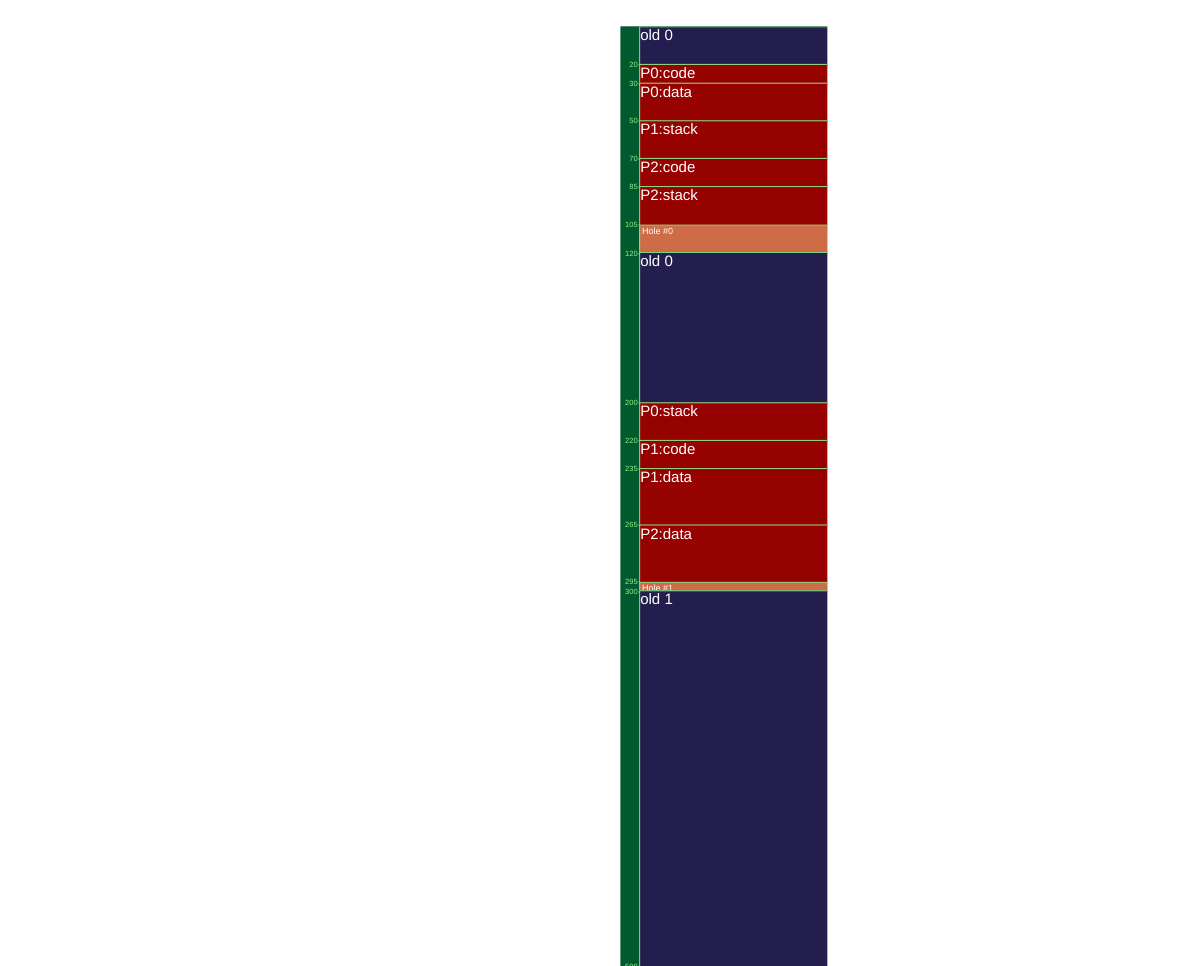
Repository: atout811/memory-allocation-project
Page: /#/final
An editor plug-in stored every save of this project. The page is shown before and after the next save, followed by the edit.
The browser window is 1280 px wide. The pictures show the whole page, at 94% of full size.
The project was rebuilt for these pictures with package versions that can differ from the ones it lists, and the page was loaded fresh each time. Also part of the build but not shown: src/views/MemoryAndHoles.vue, src/views/Process.vue, src/views/Methods.vue.

Above is the page before, as saved 2021-06-10 16:52:16.

### src/App.vue
<template>
  <router-view v-slot="{ Component }">
    <transition name="fade" mode="out-in">
      <component :is="Component" />
    </transition>
  </router-view>
</template>
<script>
import MemHole from "./views/MemoryAndHoles.vue";
export default {
  name: "App",
  components: { MemHole },
};
</script>
<style lang="scss">
#app {
  font-family: Avenir, Helvetica, Arial, sans-serif;
  -webkit-font-smoothing: antialiased;
  -moz-osx-font-smoothing: grayscale;
  text-align: center;
  color: #2c3e50;
  display: flex;
  flex-direction: column;
  align-items: center;
}
a {
  font-weight: bold;
  color: #42b983;

  &.router-link-exact-active {
    color: #42b983;
  }
}
.fade-enter-active,
.fade-leave-active {
  transition: opacity 0.5s ease;
}
.fade-enter-from, .fade-leave-to /* .fade-leave-active below version 2.1.8 */ {
  opacity: 0;
}
</style>

### src/router/index.js
import { createRouter, createWebHashHistory } from "vue-router";
import Process from "../views/Process";
import MemoryAndHoles from "../views/MemoryAndHoles";
import Methods from "../views/Methods";
import Final from "../views/Final";

const routes = [
  {
    path: "/",
    name: "Home",
    component: MemoryAndHoles,
  },
  {
    path: "/process",
    name: "Process",
    component: Process,
  },
  {
    path: "/methods",
    name: "Methods",
    component: Methods,
  },
  {
    path: "/final",
    name: "Final",
    component: Final,
  },
];

const router = createRouter({
  history: createWebHashHistory(),
  routes,
});

export default router;

### src/store/index.js
import { createStore } from "vuex";

export default createStore({
  state: {
    input: {
      memSize: 500,
      Holes: [
        { starting: 20, size: 100 },
        { starting: 200, size: 100 },
      ],
      Processes: [
        {
          name: "P0",
          segments: [
            { name: "code", size: 10 },
            { name: "stack", size: 20 },
            { name: "data", size: 20 },
          ],
        },
        {
          name: "P1",
          segments: [
            { name: "code", size: 15 },
            { name: "stack", size: 20 },
            { name: "data", size: 30 },
          ],
        },
        {
          name: "P2",
          segments: [
            { name: "code", size: 15 },
            { name: "stack", size: 20 },
            { name: "data", size: 30 },
          ],
        },
        {
          name: "P3",
          segments: [
            { name: "code", size: 15 },
            { name: "stack", size: 20 },
            { name: "data", size: 30 },
          ],
        },
      ],
      Method: "worse-fit",
    },
  },
  mutations: {},
  actions: {},
  modules: {},
});

### src/views/Final.vue
<template>
  <div>
    <Memory />
  </div>
</template>

<script>
import Memory from "./Memory";
export default {
  components: { Memory },
};
</script>

<style>
</style>

### src/views/Memory.vue
<template>
  <div class="memory"></div>
</template>

<script>
export default {
  name: "Memory",

  data() {
    return {
      data: this.$store.state.input,
    };
  },
  mounted: function () {
    const memory = document.querySelector(".memory");
    const scale = 2;
    let data = { ...this.data };
    let holes = data.Holes.map((item) => [
      Number(item.starting),
      Number(item.size),
    ]);
    // let holes = [
    //   [140, 100],
    //   [40, 80],
    //   [260, 90],
    // ];

    let totalMemorySize = Number(data.memSize);
    function orderHoles() {
      holes = holes.sort((a, b) => a[0] - b[0]);
    }
    function renderMemory() {
      memory.style.height = `${totalMemorySize * scale}px`;
    }
    renderMemory();
    let obj = {};
    // let test = data.Processes.map((item) => [
    //   null,
    //   item.segments.forEach((el) => {
    //     return Object.assign({ [el.name]: [Number(el.size)] });
    //   }),
    //   item.name,
    // ]);
    let test = [];
    for (let index = 0; index < data.Processes.length; index++) {
      let item = data.Processes[index].segments;
      let temp = {};
      for (let j = 0; j < item.length; j++) {
        temp[item[j].name] = [Number(item[j].size)];
      }
      test[index] = [null, temp, data.Processes[index].name];
    }
    let processes = [...test];
    // processes = [
    //   [null, { code: [10], data: [30], stack: [16] }, "p1"],
    //   [null, { code: [15], data: [30], stack: [25] }, "p3"],
    //   [null, { code: [10], data: [40], stack: [18] }, "p2"],
    //   [null, { code: [12], data: [10], stack: [12] }, "p4"],
    // ]; //start,size,name
    console.log("prooooooooooocess: ", processes);
    let OldProcess = [];

    function generateOldProcess() {
      const firstHoleStart = holes[0][0];

      if (firstHoleStart > 0) OldProcess.push([0, firstHoleStart, `old ${0}`]);

      for (let h = 0; h < holes.length; h++) {
        const holeStart = holes[h][0];
        const HoleSize = holes[h][1];
        const HoleEnd = holeStart + HoleSize;

        if (h === holes.length - 1) {
          const lastHole = totalMemorySize - HoleEnd;
          if (HoleEnd < totalMemorySize)
            OldProcess.push([HoleEnd, lastHole, `old ${h}`]);
        } else {
          const nextStart = holes[h + 1][0];
          OldProcess.push([HoleEnd, nextStart - HoleEnd, `old ${h}`]);
        }
      }
    }
    // alert(holes[0][0])
    function renderHoles(type, holes) {
      // holes ==>
      for (let hole = 0; hole < holes.length; hole += 1) {
        const startingIndex = holes[hole][0];
        const size = holes[hole][1];

        // alert(hole)
        const holeBox = document.createElement("div");
        if (type === "old") {
          holeBox.innerText = holes[hole][2];
          holeBox.classList.add("oldProcess");
        } else if (type === "hole") {
          holeBox.innerText = "Hole #" + hole;
          holeBox.classList.add("hole");
        } else if (type === "process") {
          holeBox.innerText = holes[hole][2];
          holeBox.classList.add("process");
        }

        holeBox.style.top = `${startingIndex * scale}px`;
        holeBox.style.height = `${size * scale}px`;
        const endSize = document.createElement("span");
        const endSizeContainer = document.createElement("div");
        endSizeContainer.classList.add("endSizeContainer");
        endSizeContainer.appendChild(endSize);
        endSize.innerText = startingIndex + size;

        endSize.classList.add("holeEndIndex");
        if (startingIndex !== null) {
          holeBox.appendChild(endSizeContainer);
          memory.appendChild(holeBox);
        } else {
          // ERROR THE PROCESS CAN'T BE ALLOCATED
        }
      }
    }

    const totalProcessSize = (process) =>
      Object.values(process).reduce((prev, acc) => prev + acc);

    let method = data.Method;
    function allocate() {
      for (let p = 0; p < processes.length; p++) {
        // DON'T TOUCH MY SHIT 😡😡😡
        // firstFit(processes[p])
        if (method == "first-fit") {
          console.log("First");
          firstFit(processes[p]);
        } else if (method == "best-fit") {
          console.log("Best");
          bestFit(processes[p], true);
        } else if (method == "worse-fit") {
          console.log("Worse");
          bestFit(processes[p], false);
        }
      }
      console.log("PROCCESES", processes);
    }

    function getSmallestHole(tempHoles, segmentSize, isBest) {
      let smallestHole = isBest ? [0, 1000000] : [0, 0];

      tempHoles.forEach((hole, index) => {
        const [holeStart, holeSize] = hole;
        if (isBest) {
          if (holeSize > segmentSize && smallestHole[1] > holeSize) {
            smallestHole = hole;
            smallestHole[2] = index;
          } else if (
            smallestHole[2] === undefined &&
            index === tempHoles.length - 1
          ) {
            // couldn't find hole
            smallestHole[2] = -1;
          }
        } else {
          // worse fit (let largest hole)
          if (holeSize > segmentSize && smallestHole[1] < holeSize) {
            smallestHole = hole;
            smallestHole[2] = index;
          } else if (
            smallestHole[2] === undefined &&
            index === tempHoles.length - 1
          ) {
            // couldn't find hole
            smallestHole[2] = -1;
          }
        }
      });
      return smallestHole;
    }

    function bestFit(p, isBest) {
      // Allocate in the smallest hole
      const segments = p[1];
      let isAllProcessAllocated = true;
      let tempHoles = JSON.parse(JSON.stringify(holes));
      Object.entries(segments).forEach(
        // for each segment
        ([name, value]) => {
          const segmentSize = value[0];
          let smallest = getSmallestHole(tempHoles, segmentSize, isBest);
          const [holeStart, holeEnd, holeIndex] = smallest;
          if (holeIndex == -1) {
            console.log("PROCESS CAN NOt BE ALLOCATED", p);
            isAllProcessAllocated = false;
            p[0] = true;
          }

          value[1] = smallest[0];
          const segEnd = segmentSize + holeStart;

          if (holeIndex !== -1) {
            tempHoles[holeIndex][0] = segEnd;
            const oldHoleSize = tempHoles[holeIndex][1];
            tempHoles[holeIndex][1] = oldHoleSize - segmentSize;
          } else {
            console.log("BUBUBUB", holeIndex);
          }

          //    console.log("value",value)
          //    console.log("smallestHole",smallest)
          console.log("_________________");
        }
      );
      if (isAllProcessAllocated) holes = tempHoles;
    }

    function firstFit(p) {
      // forEach segment loop over the holes
      // create a temp allocation array
      // that array
      // const size =totalProcessSize
      const segments = p[1];
      let isAllProcessAllocated = true;
      let tempHoles = JSON.parse(JSON.stringify(holes));

      Object.entries(segments).forEach(([name, value]) => {
        tempHoles.every((hole, index) => {
          const [holeStart, holeSize] = hole;
          let [size, segmentStartingIndex] = value;
          if (size <= holeSize) {
            value[1] = tempHoles[index][0];
            const segEnd = size + holeStart;
            tempHoles[index][0] = segEnd;
            tempHoles[index][1] = tempHoles[index][1] - size;
            return false;
          } else {
            if (index === tempHoles.length - 1) {
              //😞 مش لاقي مكان
              isAllProcessAllocated = false;
              console.log("CATCH", p);
              p[0] = true;
            }
            return true;
          }
        });
      });
      if (isAllProcessAllocated) {
        holes = tempHoles;
      }
    }

    function renderProcess() {
      processes.forEach((p) => {
        // loop over segments:
        if (!p[0]) {
          Object.keys(p[1]).forEach((s) => {
            // console.log("SEGMEMT",[p[1][s][1],[p[1][s]][0]])
            renderHoles("process", [[p[1][s][1], p[1][s][0], `${p[2]}:${s}`]]);
          });
        }
        // }else{
        // PROCESS CAN NOT BE ALLOCATED (NO ENGOUGH SPACE!)
        // }
      });
    }

    function concateHoles() {
      holes.forEach((h, index) => {
        const [start, size] = h;
        if (index < holes.length - 1) {
          const end = start + size;
          const [nextStart, nextSize] = holes[index + 1];
          if (end >= nextStart) {
            holes[index][1] = nextStart + nextSize - start;
            holes = [...holes.slice(0, index + 1), ...holes.slice(index + 2)];
            concateHoles();
          }
        }
      });
    }

    function deleteProcess(processName, isOld) {
      // create a hole
      let start, ProcessSize, AfterDelete, segments;
      if (isOld) {
        // deleteProcess()
        const processIndex = OldProcess.findIndex((p) => p[2] === processName);
        AfterDelete = [
          ...OldProcess.slice(0, processIndex),
          ...OldProcess.slice(processIndex + 1),
        ];
        // [start,segments,name] =processes[processIndex]
        start = OldProcess[processIndex][0];
        ProcessSize = OldProcess[processIndex][1];

        OldProcess = AfterDelete;
        holes.push([start, ProcessSize]);
      } else {
        const processIndex = processes.findIndex((p) => p[2] === processName);
        console.log("INDDDEX", processIndex);
        AfterDelete = [
          ...processes.slice(0, processIndex),
          ...processes.slice(processIndex + 1),
        ];
        //  recover Holes
        const [starter, segments] = processes[processIndex];
        Object.values(segments).forEach(([size, starting]) => {
          console.log(size, starting);
          holes.push([starting, size]);
        });
        processes = AfterDelete;
      }

      orderHoles();
      concateHoles();
      // [null,{code:10,data:30,stack:16},"p1"]
      render();
    }
    orderHoles();
    concateHoles();
    generateOldProcess();
    // deleteProcess("old 0",true)
    // deleteProcess("old 2",true)
    allocate();

    function clear() {
      while (memory.firstChild) {
        memory.removeChild(memory.lastChild);
      }
    }

    function render() {
      clear();
      renderHoles("hole", holes);
      renderHoles("old", OldProcess);
      renderProcess();
    }
    render();
    // deleteProcess("p2",false)
    // deleteProcess("p1",false)
    // deleteProcess("p4",false)
  },
};
</script>

<style scoped >
.memory >>> body {
  display: flex;
  flex-direction: column;
  justify-content: right;
  height: 100vh;

  margin: 0;
  font-family: "Courier New", Courier, monospace;
}

.memory >>> h1 {
  color: blueviolet;
}
.memory {
  background-color: #005a2d;
  /* padding: 20px; */
  /* border-radius: 5px; */
  display: flex;
  flex-direction: column;
  width: 200px;
  align-self: flex-end;
  height: 1150px;
  /* top: 5%; */
  position: absolute;
  padding-left: 20px;
  overflow: hidden;
  margin: 20px;
}
.memory >>> .hole {
  background-color: #ce6c47;
  /* border: 0.7px solid #0f0; */
  border: 1px solid lightgreen;
  margin-top: 1px;
  /* height: 100px; */
  display: flex;
  /* align-self: center; */
  width: 100%;
  color: white;

  /* align-items: center; */
  /* justify-content: center; */
  position: absolute;
}
.memory >>> .oldProcess {
  background-color: #241e4e;
  /* border: 0.7px solid darkred; */
  color: white;
  display: flex;
  border: 1px solid lightgreen;
  width: 100%;
  position: absolute;
}
.memory >>> .process {
  background-color: #960200;
  /* border-bottom: 0.7px solid #eae7af; */
  /* border-top: 0.7px solid lightgreen; */
  display: flex;
  width: 100%;
  position: absolute;
  color: white;
  border: 1px solid lightgreen;
}

.memory >>> .hole,
.oldProcess,
.process {
  font-size: 0.6rem;
  text-transform: capitalize;
  padding-left: 2px;
  color: #fff;
  border-top: 0.2px solid lightgreen;
}

.memory >>> .endSizeContainer {
  /* background-color: red !important; */
  width: 20px;
  z-index: 1000;
  color: lightgreen !important;
  color: #ccc;
  font-size: 0.5rem;

  position: absolute;
  top: calc(100% - 5.4px);
  text-align: right;
  display: block;
  left: -20px;
}
.memory >>> .holeEndIndex::after {
  content: "-";
}
</style>

Loaded but not shown: public/index.html (common file); src/main.js (common file)

After the next save:
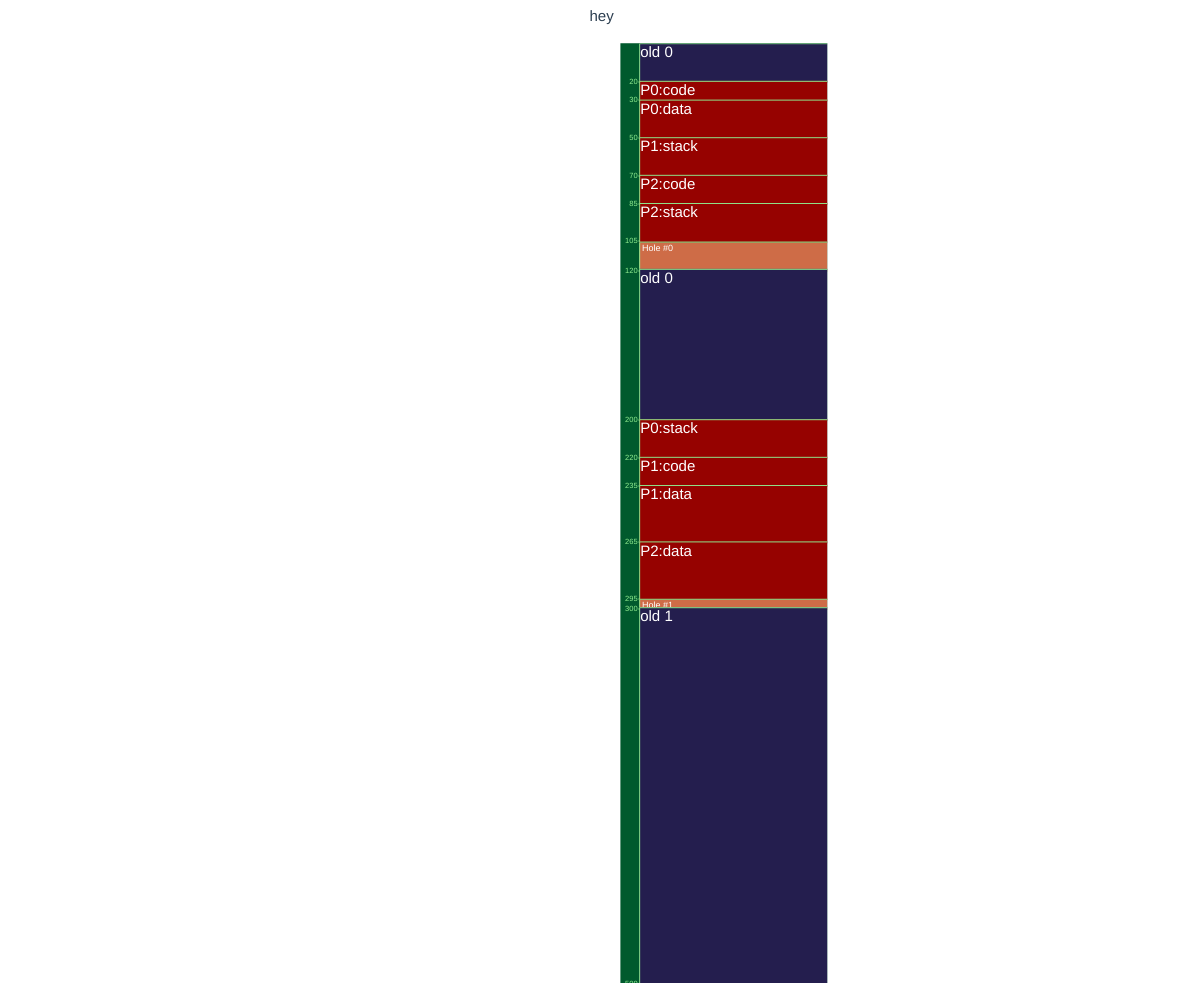
Saved 8 s later.
--- a/src/views/Final.vue
+++ b/src/views/Final.vue
@@ -1,4 +1,5 @@
 <template>
+  <div>hey</div>
   <div>
     <Memory />
   </div>

After the save that followed:
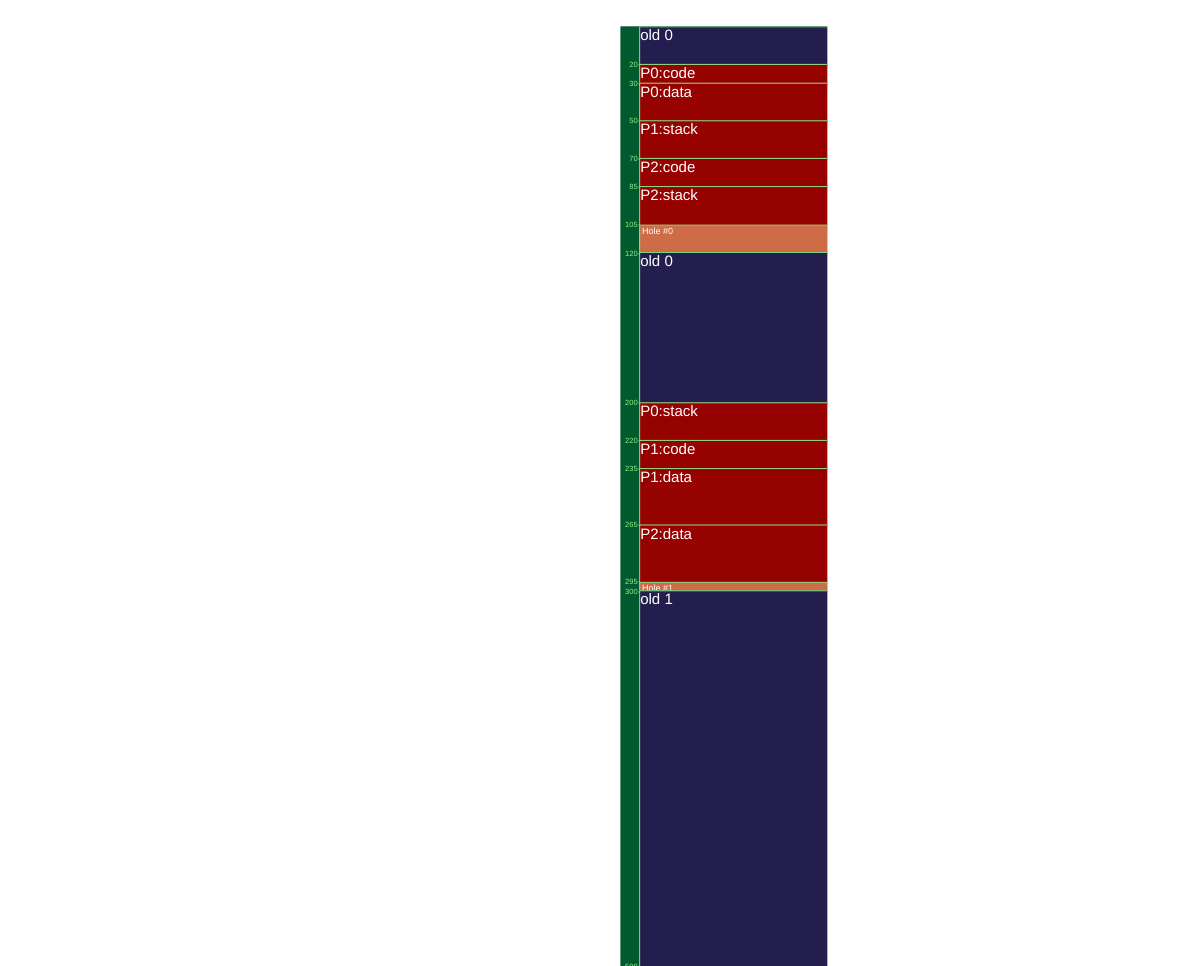
Saved 7 s later.
--- a/src/views/Final.vue
+++ b/src/views/Final.vue
@@ -1,5 +1,4 @@
 <template>
-  <div>hey</div>
   <div>
     <Memory />
   </div>
